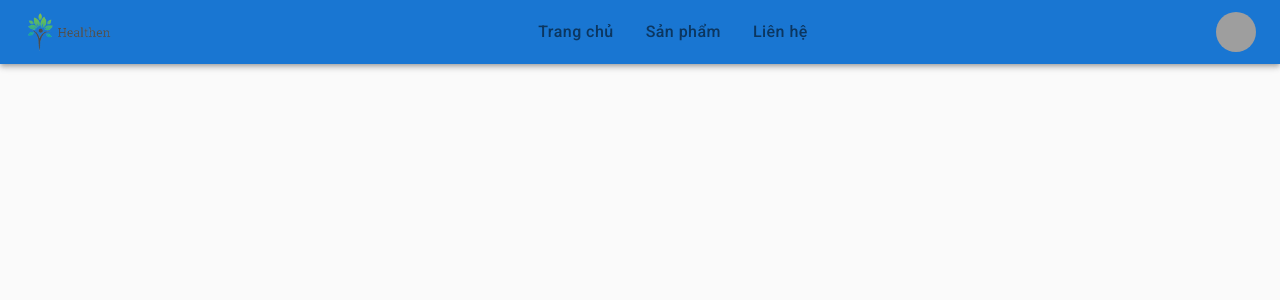
Repository: ndtrung341/Bao_Cao_PTW
Page: / (app in client/)
An editor plug-in stored every save of this project. The page is shown before and after the next save, followed by the edit.
The browser window is 1280 px wide. The pictures show the whole page.
Pictures or frames that could not be fetched are drawn as grey boxes. The project was rebuilt for these pictures with package versions that can differ from the ones it lists, and the page was loaded fresh each time. Also part of the build but not shown: client/src/App.css.

Above is the page before, as saved 2022-03-24 12:13:11.

### client/public/index.html
<!DOCTYPE html>
<html lang="en">
   <head>
      <meta charset="utf-8" />
      <link rel="icon" href="%PUBLIC_URL%/favicon.ico" />
      <meta name="viewport" content="width=device-width, initial-scale=1" />
      <meta name="theme-color" content="#000000" />
      <meta name="description" content="Web site created using create-react-app" />
      <link rel="apple-touch-icon" href="%PUBLIC_URL%/logo192.png" />
      <!--
      manifest.json provides metadata used when your web app is installed on a
      user's mobile device or desktop. See https://developers.google.com/web/fundamentals/web-app-manifest/
    -->
      <link rel="manifest" href="%PUBLIC_URL%/manifest.json" />
      <!--
      Notice the use of %PUBLIC_URL% in the tags above.
      It will be replaced with the URL of the `public` folder during the build.
      Only files inside the `public` folder can be referenced from the HTML.

      Unlike "/favicon.ico" or "favicon.ico", "%PUBLIC_URL%/favicon.ico" will
      work correctly both with client-side routing and a non-root public URL.
      Learn how to configure a non-root public URL by running `npm run build`.
    -->
      <link
         rel="stylesheet"
         href="https://fonts.googleapis.com/css?family=Roboto:300,400,500,700&display=swap"
      />
      <link rel="stylesheet" href="https://fonts.googleapis.com/icon?family=Material+Icons" />
      <title>React App</title>
   </head>
   <body>
      <noscript>You need to enable JavaScript to run this app.</noscript>
      <div id="root"></div>
      <!--
      This HTML file is a template.
      If you open it directly in the browser, you will see an empty page.

      You can add webfonts, meta tags, or analytics to this file.
      The build step will place the bundled scripts into the <body> tag.

      To begin the development, run `npm start` or `yarn start`.
      To create a production bundle, use `npm run build` or `yarn build`.
    -->
   </body>
</html>

### client/src/index.js
import React from 'react';
import ReactDOM from 'react-dom';
import './index.css';
import App from './App';
import reportWebVitals from './reportWebVitals';
import { CssBaseline } from '@material-ui/core';

ReactDOM.render(
   <React.StrictMode>
      <CssBaseline />
      <App />
   </React.StrictMode>,
   document.getElementById('root')
);

// If you want to start measuring performance in your app, pass a function
// to log results (for example: reportWebVitals(console.log))
// or send to an analytics endpoint. Learn more: https://bit.ly/CRA-vitals
reportWebVitals();

### client/src/App.js
import logo from './logo.svg';
import './App.css';
import Header from './components/Header';

function App() {
   return <Header />;
}

export default App;

### client/src/components/Header/index.jsx
import React from 'react';
import AppBar from '@mui/material/AppBar';
import Box from '@mui/material/Box';
import Toolbar from '@mui/material/Toolbar';
import IconButton from '@mui/material/IconButton';
import Typography from '@mui/material/Typography';
import Menu from '@mui/material/Menu';
import MenuIcon from '@mui/icons-material/Menu';
import Container from '@mui/material/Container';
import Avatar from '@mui/material/Avatar';
import Button from '@mui/material/Button';
import Tooltip from '@mui/material/Tooltip';
import MenuItem from '@mui/material/MenuItem';
import { makeStyles, useTheme } from '@material-ui/core';
import { LOGO, NAV_LINKS } from 'constants';

const settings = ['Profile', 'Account', 'Dashboard', 'Logout'];

const useStyles = makeStyles((theme) => ({
   root: {
      backgroundColor: theme.palette.grey[100],
   },
   logo: {
      width: 90,
      marginRight: theme.spacing(2),
      '&>img': {
         maxWidth: '100%',
         height: 'auto',
         objectFit: 'cover',
      },
   },
   menu: {
      color: theme.palette.text.secondary,
      justifyContent: 'center',
      '&>button': {
         margin: theme.spacing(0, 1),
         color: 'inherit',
         display: 'block',
         textTransform: 'none',
         fontSize: theme.typography.htmlFontSize,
      },
   },
}));

const Header = (props) => {
   const classes = useStyles();
   const theme = useTheme();
   console.log(theme);
   const [anchorElNav, setAnchorElNav] = React.useState(null);
   const [anchorElUser, setAnchorElUser] = React.useState(null);

   const handleOpenNavMenu = (event) => {
      setAnchorElNav(event.currentTarget);
   };
   const handleOpenUserMenu = (event) => {
      setAnchorElUser(event.currentTarget);
   };

   const handleCloseNavMenu = () => {
      setAnchorElNav(null);
   };

   const handleCloseUserMenu = () => {
      setAnchorElUser(null);
   };

   return (
      <AppBar position="static" className={classes.root}>
         <Container maxWidth="xl" sx={{ background: 'inherit' }}>
            <Toolbar disableGutters>
               <Box sx={{ display: { xs: 'none', md: 'flex' } }} className={classes.logo}>
                  <img src={LOGO} alt="" />
               </Box>

               {/* RESPONSIVE MOBILE */}
               <Box sx={{ flexGrow: 1, flexShrink: 0, display: { xs: 'flex', md: 'none' } }}>
                  <IconButton
                     size="large"
                     aria-label="account of current user"
                     aria-controls="menu-appbar"
                     aria-haspopup="true"
                     onClick={handleOpenNavMenu}
                     color="inherit"
                  >
                     <MenuIcon />
                  </IconButton>
                  <Menu
                     id="menu-appbar"
                     anchorEl={anchorElNav}
                     anchorOrigin={{
                        vertical: 'bottom',
                        horizontal: 'left',
                     }}
                     keepMounted
                     transformOrigin={{
                        vertical: 'top',
                        horizontal: 'left',
                     }}
                     open={Boolean(anchorElNav)}
                     onClose={handleCloseNavMenu}
                     sx={{
                        display: { xs: 'block', md: 'none' },
                     }}
                  >
                     {NAV_LINKS.map((item) => (
                        <MenuItem key={item.name} onClick={handleCloseNavMenu}>
                           <Typography textAlign="center">{item.name}</Typography>
                        </MenuItem>
                     ))}
                  </Menu>
               </Box>
               <Box sx={{ flexGrow: 1, display: { xs: 'flex', md: 'none' } }}>
                  <img src={LOGO} alt="" width={100} />
               </Box>
               {/* END RESPONSIVE MOBILE */}

               <Box
                  sx={{ flexGrow: 1, flexShrink: 0, display: { xs: 'none', md: 'flex' } }}
                  className={classes.menu}
               >
                  {NAV_LINKS.map((item) => (
                     <Button key={item.name} onClick={handleCloseNavMenu}>
                        {item.name}
                     </Button>
                  ))}
               </Box>

               <Box sx={{ flexGrow: 0 }}>
                  <Tooltip title="Open settings">
                     <IconButton onClick={handleOpenUserMenu} sx={{ p: 0 }}>
                        <Avatar alt="Remy Sharp" src="/static/images/avatar/2.jpg" />
                     </IconButton>
                  </Tooltip>
                  <Menu
                     className={classes.menu}
                     id="menu-appbar"
                     anchorEl={anchorElUser}
                     anchorOrigin={{
                        vertical: 'top',
                        horizontal: 'right',
                     }}
                     keepMounted
                     transformOrigin={{
                        vertical: 'top',
                        horizontal: 'right',
                     }}
                     open={Boolean(anchorElUser)}
                     onClose={handleCloseUserMenu}
                  >
                     {settings.map((setting) => (
                        <MenuItem key={setting} onClick={handleCloseUserMenu}>
                           <Typography textAlign="center">{setting}</Typography>
                        </MenuItem>
                     ))}
                  </Menu>
               </Box>
            </Toolbar>
         </Container>
      </AppBar>
   );
};

export default Header;

### client/src/constants/common.js
export const LOGO = require('assets/img/logo.png');

export const NAV_LINKS = [
   {
      name: 'Trang chủ',
      path: '/',
   },
   {
      name: 'Sản phẩm',
      path: '/collections',
   },
   {
      name: 'Liên hệ',
      path: '/contact',
   },
];

Loaded but not shown: client/src/index.css (common file); client/src/reportWebVitals.js (common file); client/src/constants/index.js (common file)

After the next save:
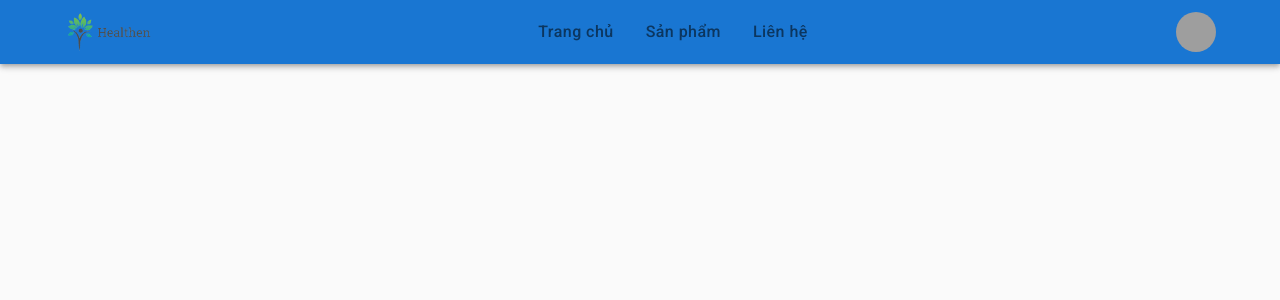
Saved 44 s later.
--- a/client/src/components/Header/index.jsx
+++ b/client/src/components/Header/index.jsx
@@ -66,7 +66,7 @@
 
    return (
       <AppBar position="static" className={classes.root}>
-         <Container maxWidth="xl" sx={{ background: 'inherit' }}>
+         <Container sx={{ background: 'inherit' }}>
             <Toolbar disableGutters>
                <Box sx={{ display: { xs: 'none', md: 'flex' } }} className={classes.logo}>
                   <img src={LOGO} alt="" />
